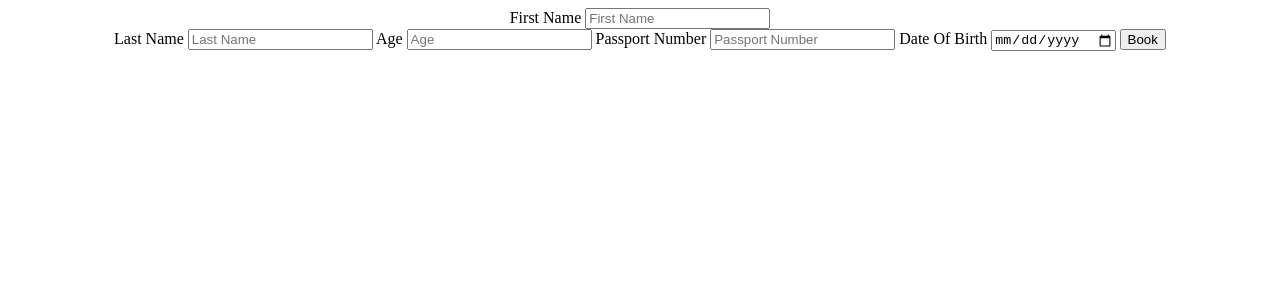
Repository: kalpesh3070/backend2
Page: flyaway/src/main/webapp/Ticket_booking.html
The author's editor kept a copy of each file at every save. The page is drawn from the files as they stood at one save, then again after the next save.
The browser window is 1280 px wide. The pictures show the whole page.

Above is the page before, as saved 2022-11-11 03:37:58.

### flyaway/src/main/webapp/Ticket_booking.html
<!DOCTYPE html>
<html>
<head>
<meta charset="ISO-8859-1">
<title>Insert title here</title>
</head>
<body>
<center>
<label>First Name</label>
<input type="text" name="name" placeholder="First Name"><br>
<label>Last Name</label>
<input type="text" name="lastname" placeholder="Last Name">
<label>Age</label>
<input type="text" name="age" placeholder="Age">
<label>Passport Number</label>
<input type="text" name="passport number" placeholder="Passport Number">
<label>Date Of Birth</label>
<input type="date" name="dob">
<input type="submit" value="Book">
</center>
</body>
</html>

After the next save:
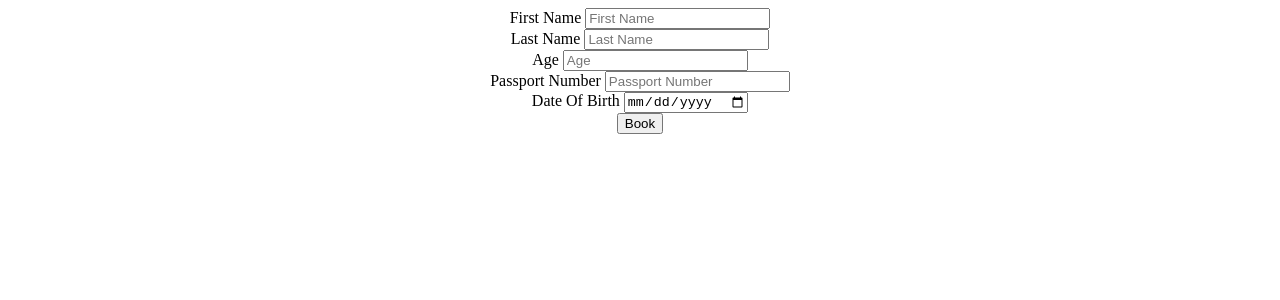
Saved 46 s later.
--- a/flyaway/src/main/webapp/Ticket_booking.html
+++ b/flyaway/src/main/webapp/Ticket_booking.html
@@ -9,13 +9,13 @@
 <label>First Name</label>
 <input type="text" name="name" placeholder="First Name"><br>
 <label>Last Name</label>
-<input type="text" name="lastname" placeholder="Last Name">
+<input type="text" name="lastname" placeholder="Last Name"><br>
 <label>Age</label>
-<input type="text" name="age" placeholder="Age">
+<input type="text" name="age" placeholder="Age"><br>
 <label>Passport Number</label>
-<input type="text" name="passport number" placeholder="Passport Number">
+<input type="text" name="passport number" placeholder="Passport Number"><br>
 <label>Date Of Birth</label>
-<input type="date" name="dob">
+<input type="date" name="dob"><br>
 <input type="submit" value="Book">
 </center>
 </body>
